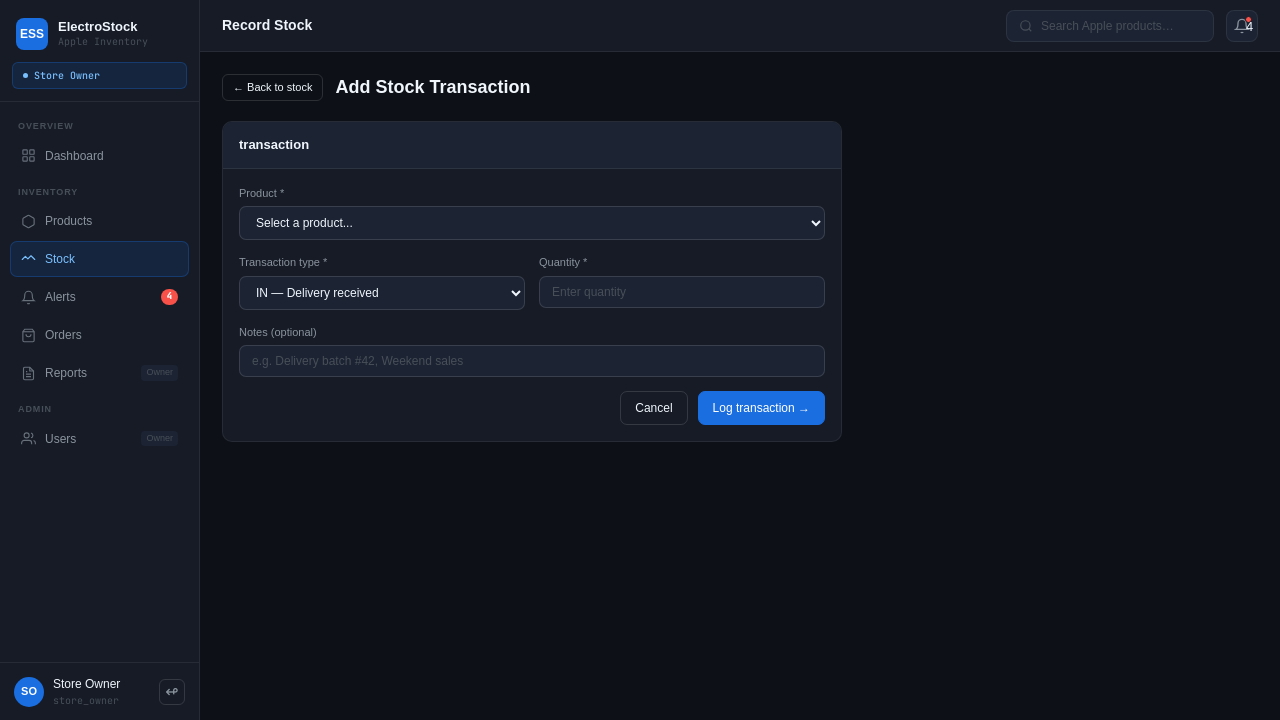
Repository: aayushaabsnss-web/ElectroStock-Solutions
Page: http://localhost/ESS/stock/add.php
These files come from the project's save history. The page is drawn as it stood at one moment and after the next save; the edit follows.
The browser window is 1280 px wide. The pictures show the whole page.
Some web fonts or font styles are not loaded; a fallback is used. The page is run by PHP 8.4 with error messages shown; the project is at /var/www/html/. The session is filled in as if someone had signed in: {"uid": 1, "name": "Store Owner", "role": "store_owner"}. Other server files are loaded and not shown. The database holds what the project's SQL file puts in it.

Above is the page before, as saved 2026-05-12 20:09:02.

### stock/add.php
<?php
/**
 * stock/add.php — Add Stock Transaction (Presentation Layer)
 * Form to log an IN, OUT or ADJUSTMENT transaction for a product.
 * If ?pid= is passed, that product is pre-selected in the dropdown.
 */
$t = "Record Stock"; $a = "stock";
require_once "../includes/header.php";
require_once "../classes/Stock.php";
include  "../includes/flash.php";

$stockObj = new Stock($conn);

// Handle form submission
if($_SERVER["REQUEST_METHOD"]==="POST"){
    $errors = $stockObj->validate($_POST, isOwner());
    if(!$errors){
        [$ok, $err, $newQty] = $stockObj->addMovement(
            (int)$_POST["product_id"],
            $_POST["type"],
            (int)$_POST["quantity"],
            $_SESSION["uid"],
            trim($_POST["notes"] ?? "")
        );
        if($ok){
            flash("success", "Stock updated. New quantity: $newQty units.");
            header("Location: index.php"); exit;
        } else {
            flash("error", $err);
        }
    } else {
        flash("error", implode(" ", $errors));
    }
}

// Pre-selected product from ?pid= URL param
$preselect = (int)($_GET["pid"] ?? 0);

// Get product list for dropdown
$prodList = $stockObj->getProductList();
$products = [];
while($p = mysqli_fetch_assoc($prodList)) $products[] = $p;
?>

<div class="page-hdr">
  <a href="index.php" class="btn btn-outline btn-sm">&larr; Back to stock</a>
  <h1>Add Stock Transaction</h1>
</div>

<div class="card" style="max-width:620px">
  <div class="card-hdr"><span class="card-title">transaction</span></div>
  <div class="card-body">
  <form method="POST">

    <div class="fg">
      <label>Product *</label>
      <select name="product_id" class="fc" required>
        <option value="">Select a product...</option>
        <?php foreach($products as $p): ?>
        <option value="<?= $p["id"] ?>" <?= $preselect===$p["id"]?"selected":"" ?>>
          <?= h($p["name"]) ?> — <?= $p["quantity"] ?> in stock
        </option>
        <?php endforeach; ?>
      </select>
    </div>

    <div class="form2">
      <div class="fg">
        <label>Transaction type *</label>
        <select name="type" class="fc" required>
          <option value="IN">IN — Delivery received</option>
          <option value="OUT">OUT — Item sold / removed</option>
          <?php if(isOwner()): ?>
          <option value="ADJUSTMENT">ADJUSTMENT — Manual correction</option>
          <?php endif; ?>
        </select>
      </div>
      <div class="fg">
        <label>Quantity *</label>
        <input type="number" name="quantity" min="1" class="fc" placeholder="Enter quantity" required>
      </div>
    </div>

    <div class="fg">
      <label>Notes (optional)</label>
      <input type="text" name="notes" class="fc" placeholder="e.g. Delivery batch #42, Weekend sales">
    </div>

    <div style="display:flex;gap:10px;justify-content:flex-end;margin-top:8px">
      <a href="index.php" class="btn btn-outline">Cancel</a>
      <button type="submit" class="btn btn-primary">Log transaction &rarr;</button>
    </div>

  </form>
  </div>
</div>
<?php require_once "../includes/footer.php"; ?>

### includes/header.php
<?php
// $t = page title, $a = active nav key
require_once __DIR__.'/../config/db.php';
require_once __DIR__.'/../auth/session.php';
requireLogin();
$_ac = alertCount($conn);
?><!DOCTYPE html>
<html lang="en">
<head>
<meta charset="UTF-8"><meta name="viewport" content="width=device-width,initial-scale=1">
<title><?= h($t??'Dashboard') ?> — ElectroStock Solutions</title>
<link rel="stylesheet" href="<?= BASE ?>assets/style.css">
</head>
<body>
<?php include __DIR__.'/sidebar.php'; ?>
<header class="topbar">
  <span class="tb-title"><?= h($t??'Dashboard') ?></span>
  <form class="tb-search" action="<?= BASE ?>products/search.php" method="GET">
    <svg width="14" height="14" viewBox="0 0 24 24" fill="none" stroke="currentColor" stroke-width="2"><circle cx="11" cy="11" r="8"/><path d="M21 21l-4.35-4.35"/></svg>
    <input type="text" name="q" placeholder="Search Apple products…" value="<?= h($_GET['q']??'') ?>">
  </form>
  <a href="<?= BASE ?>monitoring/index.php" class="tb-bell" title="Alerts">
    <svg width="16" height="16" viewBox="0 0 24 24" fill="none" stroke="currentColor" stroke-width="2"><path d="M18 8A6 6 0 006 8c0 7-3 9-3 9h18s-3-2-3-9"/><path d="M13.73 21a2 2 0 01-3.46 0"/></svg>
    <?php if($_ac>0): ?><span class="tb-badge"><?= $_ac ?></span><?php endif; ?>
  </a>
</header>
<main class="main"><div class="content">

### config/db.php
<?php
/**
 * config/db.php
 * Database configuration and connection file.
 * Change DB_USER, DB_PASS and BASE to match your server.
 */

// Database credentials — update these for your environment
define('DB_HOST', 'localhost');
define('DB_USER', 'root');      // Your MySQL username
define('DB_PASS', '');          // Your MySQL password
define('DB_NAME', 'inventory_db');

// Base URL — must match your folder name in htdocs
// e.g. if folder is 'ElectroStock-Solutions' use '/ElectroStock-Solutions/'
define('BASE', '/ESS/');

// Establish the database connection
$conn = mysqli_connect(DB_HOST, DB_USER, DB_PASS, DB_NAME);

// Show a clear error if connection fails
if (!$conn) {
    die('<div style="font-family:sans-serif;padding:30px;background:#1a1a2e;color:#ff6b6b;text-align:center">
        <h2>&#9888; Database connection failed</h2>
        <p>' . mysqli_connect_error() . '</p>
        <p style="color:#888">Edit config/db.php with your MySQL credentials.</p>
    </div>');
}

// Set character encoding to support all Unicode characters
mysqli_set_charset($conn, 'utf8mb4');

### auth/session.php
<?php
if (session_status() === PHP_SESSION_NONE) session_start();

function loggedIn()  { return !empty($_SESSION['uid']); }
function isOwner()   { return loggedIn() && $_SESSION['role'] === 'store_owner'; }

function requireLogin() {
    if (!loggedIn()) { header('Location: ' . BASE . 'auth/login.php'); exit; }
}
function requireOwner() {
    requireLogin();
    if (!isOwner()) { flash('error','Access denied — Store Owner only.'); header('Location: ' . BASE . 'dashboard/index.php'); exit; }
}
function flash($type, $msg) { $_SESSION['flash'][$type] = $msg; }
function getFlash($type) {
    $m = $_SESSION['flash'][$type] ?? '';
    unset($_SESSION['flash'][$type]);
    return $m;
}
function h($s) { return htmlspecialchars((string)$s, ENT_QUOTES, 'UTF-8'); }
function initials() {
    $parts = array_filter(explode(' ', $_SESSION['name'] ?? ''));
    return strtoupper(implode('', array_map(fn($p) => $p[0], array_slice($parts, 0, 2))));
}
function alertCount($conn) {
    $r = mysqli_query($conn,"SELECT COUNT(*) c FROM monitoring WHERE alert_status='active'");
    return (int)(mysqli_fetch_assoc($r)['c'] ?? 0);
}

### includes/sidebar.php
<?php // sidebar.php — $a = active key, $conn available ?>
<aside class="sidebar">
  <div class="sb-top">
    <div class="sb-brand">
      <div class="sb-logo">ESS</div>
      <div><div class="sb-name">ElectroStock</div><div class="sb-sub">Apple Inventory</div></div>
    </div>
    <div class="role-chip <?= isOwner()?'rc-owner':'rc-emp' ?>">
      <span class="rdot"></span><?= isOwner()?'Store Owner':'Employee' ?>
    </div>
  </div>
  <nav class="sb-nav">
    <div class="nl">Overview</div>
    <a class="ni <?= ($a??'')==='dash'?'active':'' ?>" href="<?= BASE ?>dashboard/index.php">
      <svg width="15" height="15" viewBox="0 0 24 24" fill="none" stroke="currentColor" stroke-width="1.8"><rect x="3" y="3" width="7" height="7" rx="1"/><rect x="14" y="3" width="7" height="7" rx="1"/><rect x="3" y="14" width="7" height="7" rx="1"/><rect x="14" y="14" width="7" height="7" rx="1"/></svg>
      Dashboard
    </a>
    <div class="nl">Inventory</div>
    <a class="ni <?= ($a??'')==='products'?'active':'' ?>" href="<?= BASE ?>products/index.php">
      <svg width="15" height="15" viewBox="0 0 24 24" fill="none" stroke="currentColor" stroke-width="1.8"><path d="M21 16V8a2 2 0 00-1-1.73l-7-4a2 2 0 00-2 0l-7 4A2 2 0 003 8v8a2 2 0 001 1.73l7 4a2 2 0 002 0l7-4A2 2 0 0021 16z"/></svg>
      Products
    </a>
    <a class="ni <?= ($a??'')==='stock'?'active':'' ?>" href="<?= BASE ?>stock/index.php">
      <svg width="15" height="15" viewBox="0 0 24 24" fill="none" stroke="currentColor" stroke-width="1.8"><path d="M2 12l5-5 4 4 5-5 6 6" stroke-linecap="round" stroke-linejoin="round"/></svg>
      Stock
    </a>
    <a class="ni <?= ($a??'')==='monitoring'?'active':'' ?>" href="<?= BASE ?>monitoring/index.php">
      <svg width="15" height="15" viewBox="0 0 24 24" fill="none" stroke="currentColor" stroke-width="1.8"><path d="M18 8A6 6 0 006 8c0 7-3 9-3 9h18s-3-2-3-9"/><path d="M13.73 21a2 2 0 01-3.46 0"/></svg>
      Alerts
      <?php $ac=alertCount($conn); if($ac>0): ?><span class="nb"><?= $ac ?></span><?php endif; ?>
    </a>
    <a class="ni <?= ($a??'')==='orders'?'active':'' ?>" href="<?= BASE ?>orders/index.php">
      <svg width="15" height="15" viewBox="0 0 24 24" fill="none" stroke="currentColor" stroke-width="1.8"><path d="M6 2L3 6v14a2 2 0 002 2h14a2 2 0 002-2V6l-3-4z"/><line x1="3" y1="6" x2="21" y2="6"/><path d="M16 10a4 4 0 01-8 0"/></svg>
      Orders
    </a>
    <?php if(isOwner()): ?>
    <a class="ni <?= ($a??'')=='reports'?'active':'' ?>" href="<?= BASE ?>reports/index.php">
      <svg width="15" height="15" viewBox="0 0 24 24" fill="none" stroke="currentColor" stroke-width="1.8"><path d="M14 2H6a2 2 0 00-2 2v16a2 2 0 002 2h12a2 2 0 002-2V8z"/><path d="M14 2v6h6M16 13H8M16 17H8M10 9H8"/></svg>
      Reports <span class="nav-lock">Owner</span>
    </a>
    <?php endif; ?>
    <?php if(isOwner()): ?>
    <div class="nl">Admin</div>
    <a class="ni <?= ($a??'')==='users'?'active':'' ?>" href="<?= BASE ?>auth/register.php">
      <svg width="15" height="15" viewBox="0 0 24 24" fill="none" stroke="currentColor" stroke-width="1.8"><path d="M17 21v-2a4 4 0 00-4-4H5a4 4 0 00-4 4v2"/><circle cx="9" cy="7" r="4"/><path d="M23 21v-2a4 4 0 00-3-3.87M16 3.13a4 4 0 010 7.75"/></svg>
      Users <span class="nav-lock">Owner</span>
    </a>
    <?php endif; ?>
  </nav>
  <div class="sb-foot">
    <div class="user-row">
      <div class="uav"><?= h(initials()) ?></div>
      <div style="flex:1;min-width:0">
        <div class="uname"><?= h($_SESSION['name']??'') ?></div>
        <div class="urole"><?= h($_SESSION['role']??'') ?></div>
      </div>
      <a href="<?= BASE ?>auth/logout.php" class="logout-btn" title="Logout">&#8619;</a>
    </div>
  </div>
</aside>

### classes/Stock.php
<?php
/**
 * Stock Class — Middle Layer
 * Handles all stock movement operations and history queries.
 * Every stock change is recorded as an immutable audit trail.
 * Auto-triggers low-stock alerts via stored procedure.
 *
 * Usage:
 *   $stock = new Stock($conn);
 *   [$ok, $err] = $stock->addMovement($pid, 'OUT', 3, $uid, 'Sale');
 */
class Stock {

    /** @var mysqli $conn Active database connection */
    private mysqli $conn;

    /**
     * Constructor
     * @param mysqli $conn Active MySQLi connection
     */
    public function __construct(mysqli $conn) {
        $this->conn = $conn;
    }

    /**
     * Records a stock movement and updates product quantity
     * Calls stored procedure: sp_addStockMovement
     * Automatically creates a low-stock alert if quantity drops
     * at or below the product's minimum stock level.
     *
     * @param int    $productId  Product to update
     * @param string $type       'IN', 'OUT', or 'ADJUSTMENT'
     * @param int    $qty        Number of units (always positive)
     * @param int    $userId     User making the change
     * @param string $notes      Optional reason or reference note
     * @return array [bool $success, string|null $error, int $newQty]
     */
    public function addMovement(int $productId, string $type, int $qty,
                                 int $userId, string $notes = ''): array {
        // Call the stored procedure with OUT parameters
        $stmt = mysqli_prepare($this->conn,
            "CALL sp_addStockMovement(?,?,?,?,?,@new_qty,@error)");
        mysqli_stmt_bind_param($stmt, 'isiis', $productId, $type, $qty, $userId, $notes);
        mysqli_stmt_execute($stmt);
        mysqli_stmt_close($stmt);

        // Retrieve the OUT parameter values
        $r      = mysqli_query($this->conn, "SELECT @new_qty AS new_qty, @error AS error");
        $row    = mysqli_fetch_assoc($r);
        $newQty = (int)$row['new_qty'];
        $error  = $row['error'];

        return [$error === null, $error, $newQty];
    }

    /**
     * Returns full stock movement history with optional filters
     * Calls stored procedure: sp_getStockHistory
     *
     * @param int|null    $productId Filter by product (null = all)
     * @param string|null $type      Filter by type: IN, OUT, ADJUSTMENT
     * @param string|null $dateFrom  Start date (YYYY-MM-DD)
     * @param string|null $dateTo    End date   (YYYY-MM-DD)
     * @return mysqli_result
     */
    public function getHistory(?int $productId, ?string $type,
                                ?string $dateFrom, ?string $dateTo): mysqli_result {
        $stmt = mysqli_prepare($this->conn, "CALL sp_getStockHistory(?,?,?,?)");
        mysqli_stmt_bind_param($stmt, 'isss', $productId, $type, $dateFrom, $dateTo);
        mysqli_stmt_execute($stmt);
        $result = mysqli_stmt_get_result($stmt);
        mysqli_stmt_close($stmt);
        return $result;
    }

    /**
     * Returns a list of products for the stock update dropdown
     * @return mysqli_result Products with id, name, quantity, category
     */
    public function getProductList(): mysqli_result {
        return mysqli_query($this->conn,
            "SELECT id, name, quantity, category
             FROM products
             WHERE is_active = 1
             ORDER BY name");
    }

    /**
     * Validates stock movement input before saving
     * @param array $data POST data
     * @param bool  $isOwner Whether the current user is a Store Owner
     * @return array List of error messages (empty = valid)
     */
    public function validate(array $data, bool $isOwner = false): array {
        $errors = [];
        // Product must be selected
        if (empty($data['product_id'])) $errors[] = 'Please select a product.';
        // Transaction type must be valid
        $validTypes = ['IN', 'OUT', 'ADJUSTMENT'];
        if (!in_array($data['type'] ?? '', $validTypes)) $errors[] = 'Please select a transaction type.';
        // Only store owners can make ADJUSTMENT transactions
        if (($data['type'] ?? '') === 'ADJUSTMENT' && !$isOwner)
            $errors[] = 'Only the Store Owner can record ADJUSTMENT transactions.';
        // Quantity must be greater than zero
        if (empty($data['quantity']) || (int)$data['quantity'] <= 0)
            $errors[] = 'Quantity must be greater than 0.';
        return $errors;
    }
}

### includes/flash.php
<?php
foreach(['success'=>'alert-success','error'=>'alert-danger','warning'=>'alert-warning'] as $k=>$cls):
  if($m=getFlash($k)): ?><div class="alert <?= $cls ?>"><?= h($m) ?></div><?php
  endif;
endforeach;

### includes/footer.php
</div></main>
<script src="<?= BASE ?>assets/js/main.js"></script>
</body></html>

### database/inventory_db.sql (the tables this page reads)
CREATE TABLE monitoring (
  id           INT AUTO_INCREMENT PRIMARY KEY,
  product_id   INT  NOT NULL UNIQUE,
  threshold    INT  NOT NULL DEFAULT 5,
  alert_status ENUM('active','resolved') NOT NULL DEFAULT 'active',
  alerted_at   TIMESTAMP DEFAULT CURRENT_TIMESTAMP,
  resolved_at  TIMESTAMP NULL,
  resolved_by  INT,
  FOREIGN KEY (product_id)  REFERENCES products(id) ON DELETE CASCADE,
  FOREIGN KEY (resolved_by) REFERENCES users(id)    ON DELETE SET NULL
);

INSERT INTO monitoring (product_id,threshold,alert_status) VALUES
(4, 8, 'active'),
(12,5, 'active'),
(16,8, 'active'),
(20,15,'active');

CREATE TABLE products (
  id          INT AUTO_INCREMENT PRIMARY KEY,
  name        VARCHAR(150) NOT NULL UNIQUE,
  sku         VARCHAR(40)  NOT NULL UNIQUE,
  category    ENUM('iPhone','Mac','iPad','Watch','Accessory') NOT NULL,
  description TEXT,
  price       DECIMAL(10,2) NOT NULL,
  quantity    INT           NOT NULL DEFAULT 0,
  min_qty     INT           NOT NULL DEFAULT 5,
  supplier    VARCHAR(100)  DEFAULT 'Apple Inc.',
  is_active   TINYINT(1)   NOT NULL DEFAULT 1,
  added_by    INT,
  created_at  TIMESTAMP    DEFAULT CURRENT_TIMESTAMP,
  updated_at  TIMESTAMP    DEFAULT CURRENT_TIMESTAMP ON UPDATE CURRENT_TIMESTAMP,
  FOREIGN KEY (added_by) REFERENCES users(id) ON DELETE SET NULL
);

INSERT INTO products (name,sku,category,description,price,quantity,min_qty,supplier,added_by) VALUES
('iPhone 16 Pro Max 256GB','IP16PM256','iPhone','Latest flagship with A18 Pro chip and titanium design',               1199.00,24, 8,'Apple Inc.',1),
('iPhone 16 Pro 128GB',    'IP16P128', 'iPhone','Pro performance with 48MP camera system and A18 Pro chip',            999.00,18, 8,'Apple Inc.',1),
('iPhone 15 128GB',        'IP15128',  'iPhone','Dynamic Island and USB-C connectivity',                               799.00,35,10,'Apple Inc.',1),
('iPhone 14 128GB',        'IP14128',  'iPhone','Crash Detection and Emergency SOS via satellite',                     699.00, 4, 8,'Apple Inc.',1),
('MacBook Pro 16 M4 Pro',  'MBP16M4P', 'Mac',   'Powerhouse laptop with M4 Pro chip and 24GB RAM',                  2499.00, 6, 3,'Apple Inc.',1),
('MacBook Pro 14 M4',      'MBP14M4',  'Mac',   '14-inch MacBook Pro with M4 chip, all-day battery',                1999.00,11, 3,'Apple Inc.',1),
('MacBook Air 15 M3',      'MBA15M3',  'Mac',   'Thin and light 15-inch with M3 chip',                              1299.00,20, 5,'Apple Inc.',1),
('Mac mini M4',            'MM4',      'Mac',   'Compact desktop Mac with M4 chip',                                   599.00, 9, 5,'Apple Inc.',1),
('iPad Pro 13 M4',         'IPADP13M4','iPad',  'Most advanced iPad with M4 chip and Ultra Retina XDR display',      1299.00, 5, 3,'Apple Inc.',1),
('iPad Air 11 M2',         'IPADA11M2','iPad',  'Versatile 11-inch iPad Air with M2 chip',                            749.00,14, 5,'Apple Inc.',1),
('iPad 10th Gen 64GB',     'IPAD10G64','iPad',  'Colorful redesigned iPad with USB-C',                                449.00,22, 8,'Apple Inc.',1),
('iPad mini 7th Gen',      'IPADMINI7','iPad',  'Portable 8.3-inch iPad mini with A17 Pro chip',                      499.00, 3, 5,'Apple Inc.',1),
('Apple Watch Series 10',  'AWS10GPS', 'Watch', 'Thinnest Apple Watch with larger display and faster charging',        399.00,28,10,'Apple Inc.',1),
('Apple Watch Ultra 2',    'AWULTRA2', 'Watch', 'Ultimate sports watch with precision dual-frequency GPS',             799.00, 6, 3,'Apple Inc.',1),
('Apple Watch SE 2',       'AWSE2',    'Watch', 'Essential smartwatch at an affordable price',                         249.00,19, 8,'Apple Inc.',1),
('AirPods Pro 2nd Gen',    'APP2',     'Accessory','Active Noise Cancellation with Adaptive Audio',                    249.00, 2, 8,'Apple Inc.',1),
('AirPods 4',              'AP4',      'Accessory','Redesigned AirPods with ANC and H2 chip',                         129.00,31,10,'Apple Inc.',1),
('Apple Pencil Pro',       'APENCILP', 'Accessory','Advanced Pencil with barrel roll and squeeze gesture',             129.00,12, 5,'Apple Inc.',1),
('MagSafe Charger 15W',    'MAGSAFE',  'Accessory','Wireless MagSafe charger up to 15W for iPhone 12 and later',       39.00,45,15,'Apple Inc.',1),
('USB-C Cable Woven 1m',   'USBC1M',   'Accessory','Braided USB-C cable supporting up to 240W charging',               29.00, 4,15,'Apple Inc.',1);

Loaded but not shown: assets/js/main.js (29 lines, source omitted); assets/style.css (139 lines, source omitted)

After the next save:
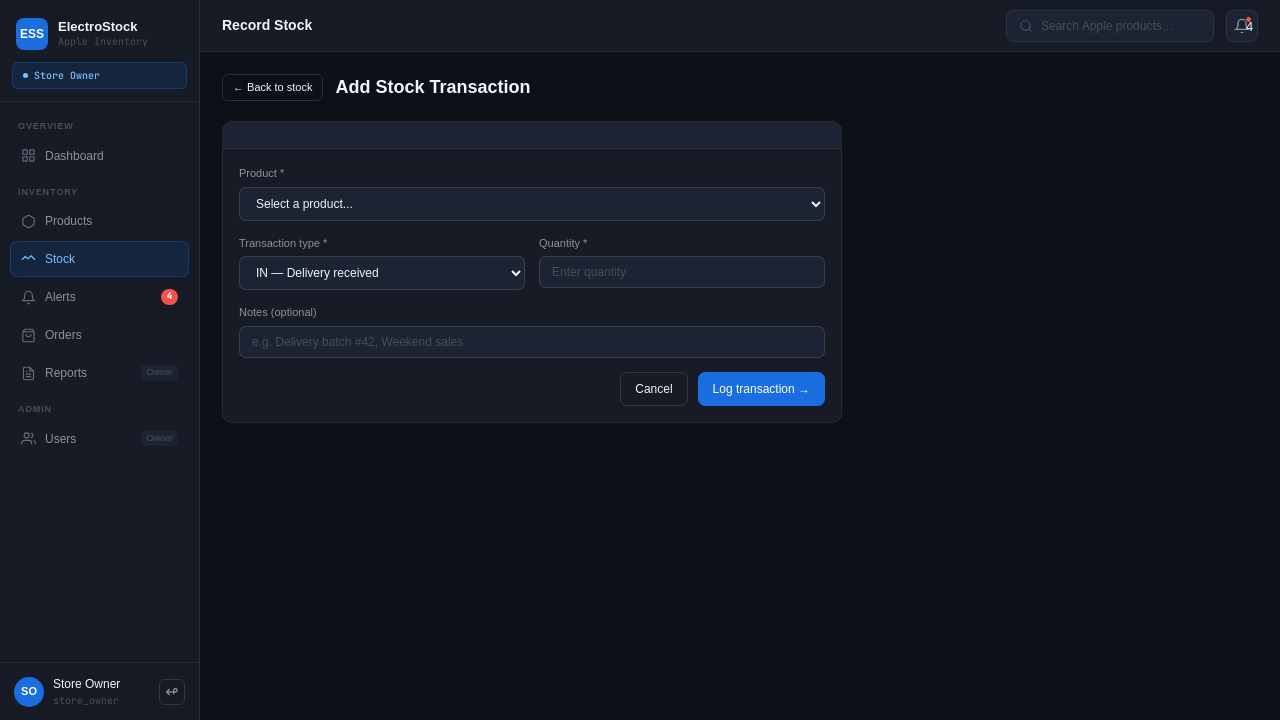
Saved 5 s later.
--- a/stock/add.php
+++ b/stock/add.php
@@ -48,7 +48,7 @@
 </div>
 
 <div class="card" style="max-width:620px">
-  <div class="card-hdr"><span class="card-title">transaction</span></div>
+  <div class="card-hdr"><span class="card-title"></span></div>
   <div class="card-body">
   <form method="POST">
 

After the save that followed:
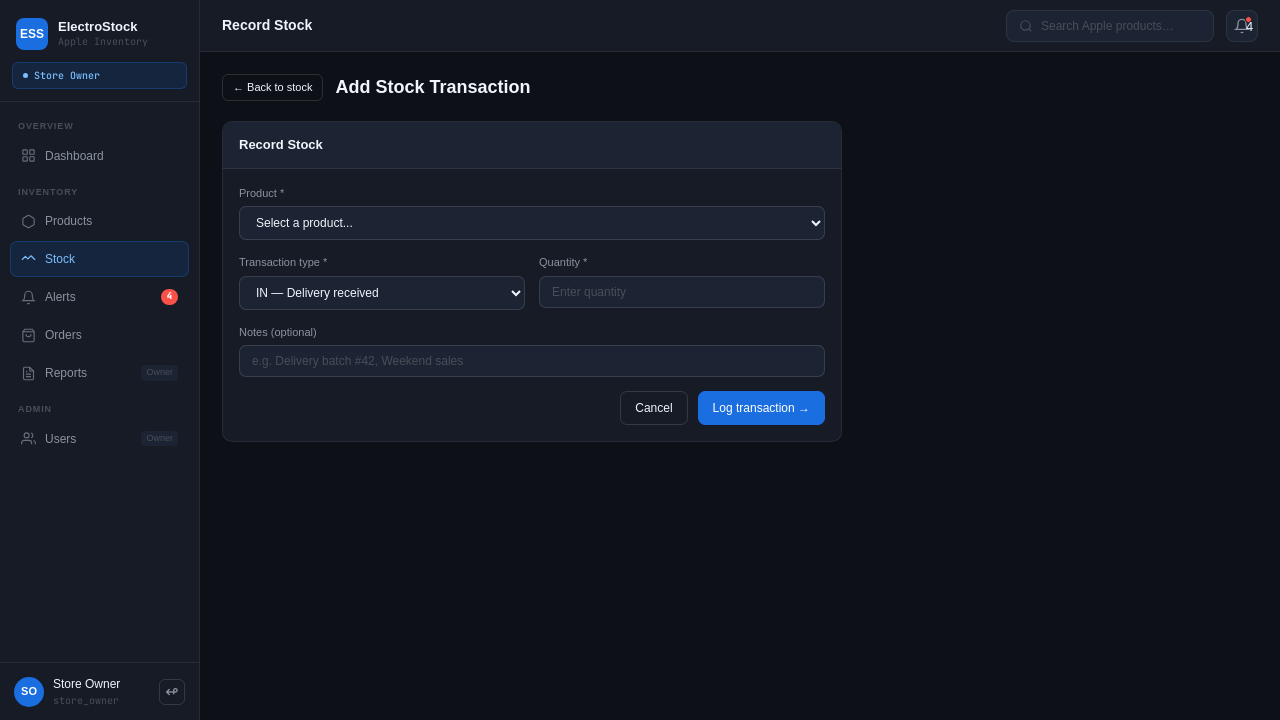
Saved 8 s later.
--- a/stock/add.php
+++ b/stock/add.php
@@ -48,7 +48,7 @@
 </div>
 
 <div class="card" style="max-width:620px">
-  <div class="card-hdr"><span class="card-title"></span></div>
+  <div class="card-hdr"><span class="card-title">Record Stock</span></div>
   <div class="card-body">
   <form method="POST">
 
